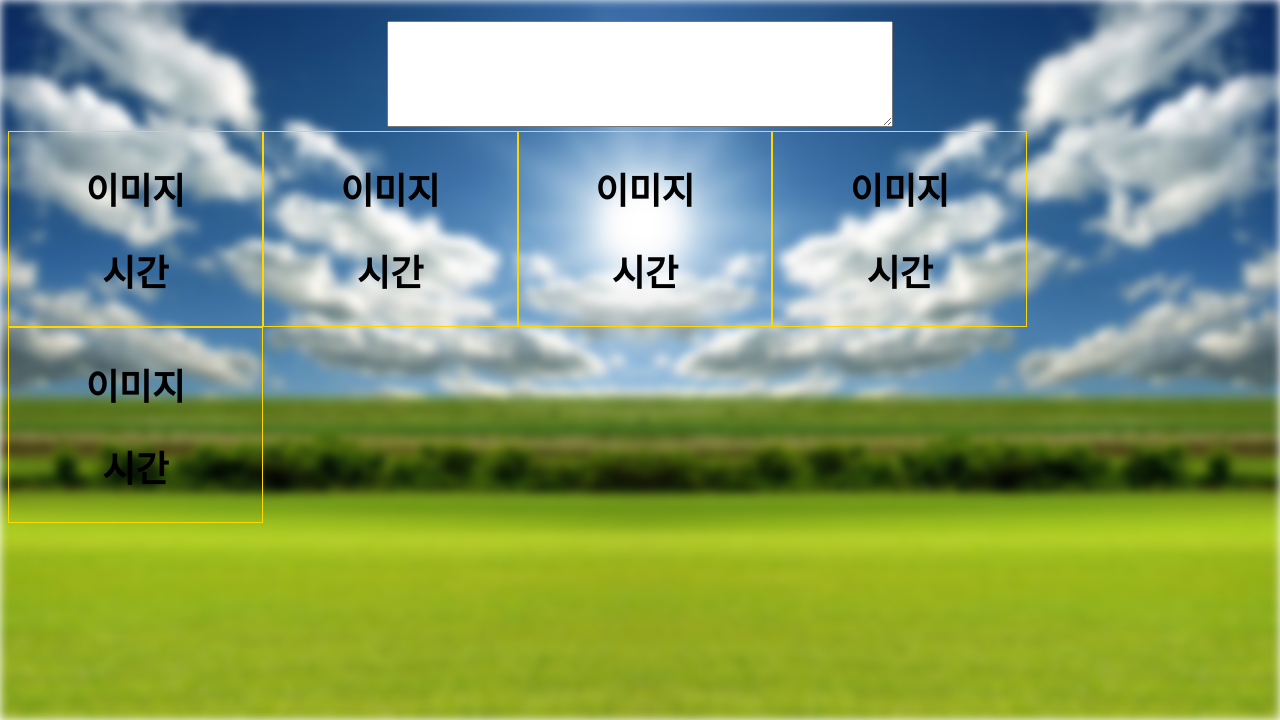
Repository: RyoTTa/4-1-Web-Programming
Page: SoloProject/Project/WebContent/index.html
The author's editor kept a copy of each file at every save. The page is drawn from the files as they stood at one save, then again after the next save.
The browser window is 1280 px wide. The pictures show the whole page.
The page's requests for data from a server got no answer.

Above is the page before, as saved 2020-05-05 14:38:16.

After the next save:
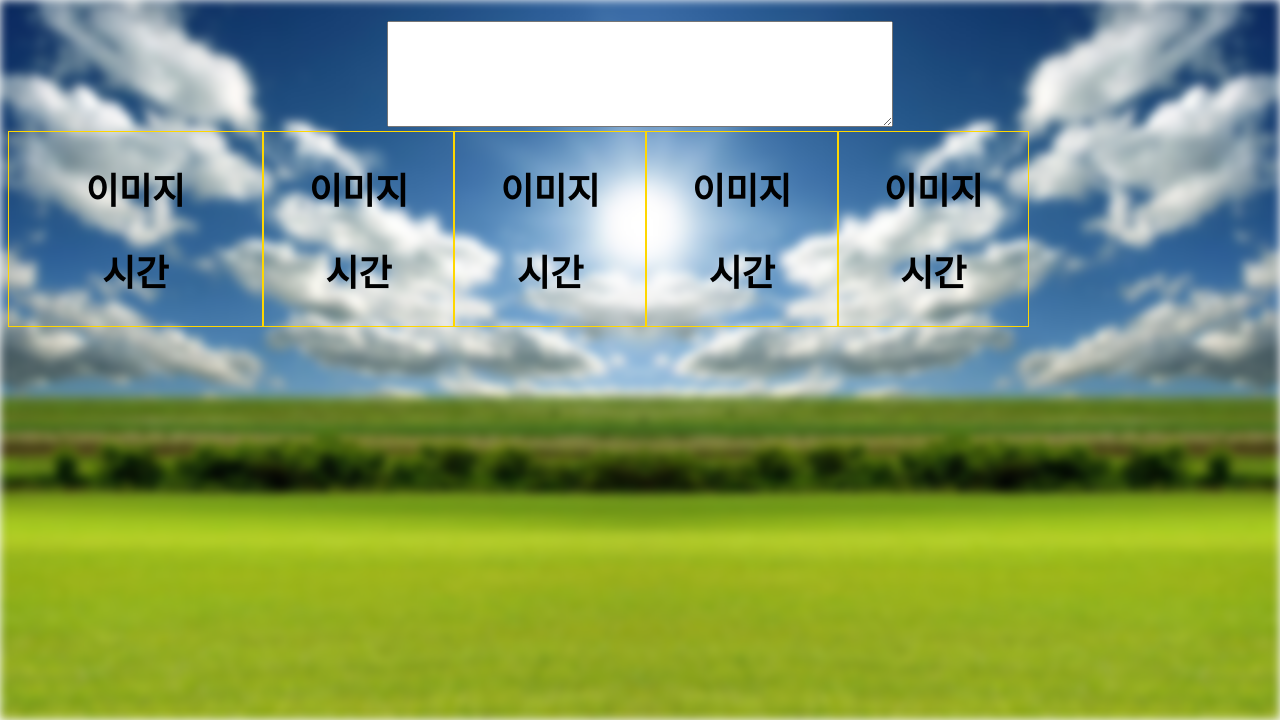
Saved 31 s later.
--- a/SoloProject/Project/WebContent/index.html
+++ b/SoloProject/Project/WebContent/index.html
@@ -25,7 +25,7 @@
 				</div>
 			</center>
 		</div>
-		<div style="border: 1px solid gold; float: left; width: 20%;"><h2 id="current_time" >
+		<div style="border: 1px solid gold; float: left; width: 15%;"><h2 id="current_time" >
 			<center>
 				<div>
 					<h2>이미지</h2>
@@ -35,7 +35,7 @@
 				</div>
 			</center>
 		</div>
-		<div style="border: 1px solid gold; float: left; width: 20%;"><h2 id="current_time" >
+		<div style="border: 1px solid gold; float: left; width: 15%;"><h2 id="current_time" >
 			<center>
 				<div>
 					<h2>이미지</h2>
@@ -45,7 +45,7 @@
 				</div>
 			</center>
 		</div>
-		<div style="border: 1px solid gold; float: left; width: 20%;"><h2 id="current_time" >
+		<div style="border: 1px solid gold; float: left; width: 15%;"><h2 id="current_time" >
 			<center>
 				<div>
 					<h2>이미지</h2>
@@ -55,7 +55,7 @@
 				</div>
 			</center>
 		</div>
-		<div style="border: 1px solid gold; float: left; width: 20%;"><h2 id="current_time" >
+		<div style="border: 1px solid gold; float: left; width: 15%;"><h2 id="current_time" >
 			<center>
 				<div>
 					<h2>이미지</h2>
